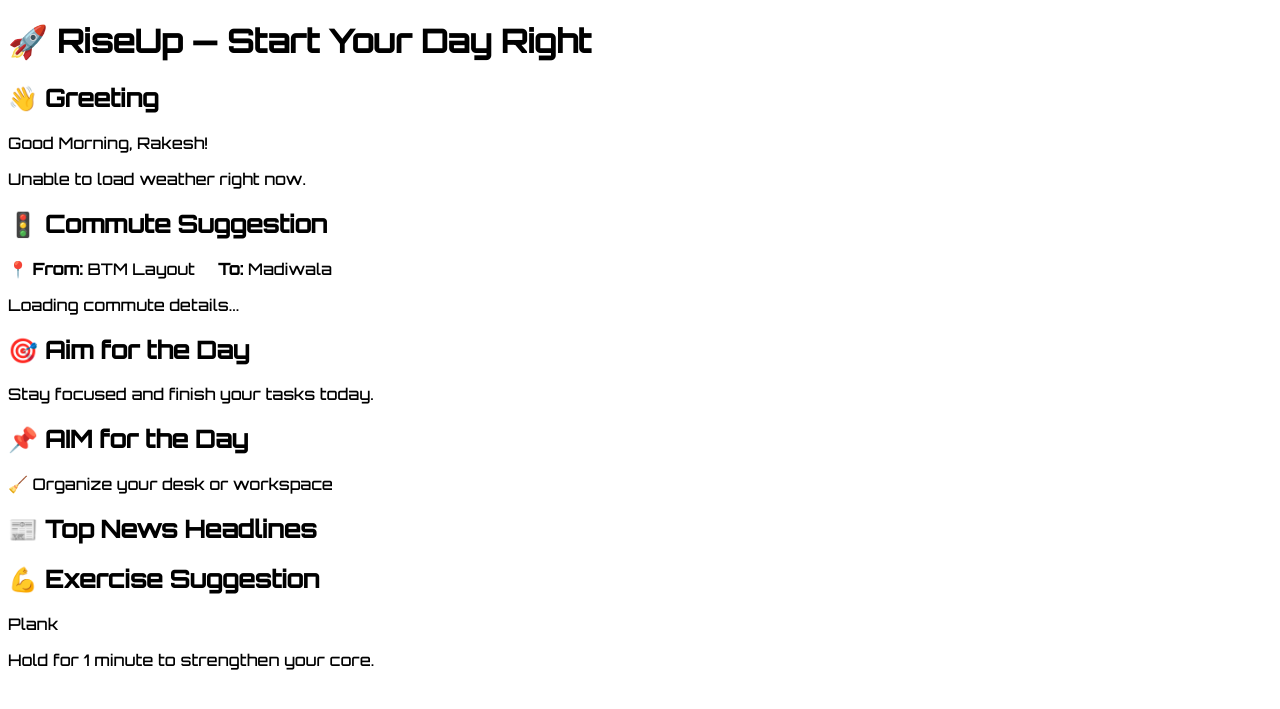
Repository: rakeshkumar1012/riseup
Page: /
These files come from the project's save history. The page is drawn as it stood at one moment and after the next save; the edit follows.
The browser window is 1280 px wide. The pictures show the whole page.
The page's requests for data from a server got no answer. The project was rebuilt for these pictures with package versions that can differ from the ones it lists, and the page was loaded fresh each time. No one was signed in, and anything a server would have sent is missing.

Above is the page before, as saved 2025-07-05 04:20:22.

### public/index.html
<!DOCTYPE html>
<html lang="en">
  <head>
    <meta charset="utf-8" />
    <link rel="icon" href="%PUBLIC_URL%/favicon.ico" />
    <meta name="viewport" content="width=device-width, initial-scale=1" />
    <meta name="theme-color" content="#000000" />
    <meta
      name="description"
      content="Web site created using create-react-app"
    />
    <link rel="apple-touch-icon" href="%PUBLIC_URL%/logo192.png" />
    <!--
      manifest.json provides metadata used when your web app is installed on a
      user's mobile device or desktop. See https://developers.google.com/web/fundamentals/web-app-manifest/
    -->
    <link rel="manifest" href="%PUBLIC_URL%/manifest.json" />
    <!--
      Notice the use of %PUBLIC_URL% in the tags above.
      It will be replaced with the URL of the `public` folder during the build.
      Only files inside the `public` folder can be referenced from the HTML.

      Unlike "/favicon.ico" or "favicon.ico", "%PUBLIC_URL%/favicon.ico" will
      work correctly both with client-side routing and a non-root public URL.
      Learn how to configure a non-root public URL by running `npm run build`.
    -->
      <link href="https://fonts.googleapis.com/css2?family=Orbitron:wght@500&display=swap" rel="stylesheet">

    <title>React App</title>
  </head>
  <body>
    <noscript>You need to enable JavaScript to run this app.</noscript>
    <div id="root"></div>
    <!--
      This HTML file is a template.
      If you open it directly in the browser, you will see an empty page.

      You can add webfonts, meta tags, or analytics to this file.
      The build step will place the bundled scripts into the <body> tag.

      To begin the development, run `npm start` or `yarn start`.
      To create a production bundle, use `npm run build` or `yarn build`.
    -->
  </body>
</html>

### src/index.css
/* src/index.css */
@tailwind base;
@tailwind components;
@tailwind utilities;

body {
  @apply bg-gradient-to-br from-[#0f0c29] via-[#302b63] to-[#24243e] text-white min-h-screen;
  font-family: 'Orbitron', sans-serif;
}


/*body {
  margin: 0;
  font-family: -apple-system, BlinkMacSystemFont, 'Segoe UI', 'Roboto', 'Oxygen',
    'Ubuntu', 'Cantarell', 'Fira Sans', 'Droid Sans', 'Helvetica Neue',
    sans-serif;
  -webkit-font-smoothing: antialiased;
  -moz-osx-font-smoothing: grayscale;
}*/

code {
  font-family: source-code-pro, Menlo, Monaco, Consolas, 'Courier New',
    monospace;
}

### src/App.js
import Weather from "./components/Weather";
import Quote from "./components/Quote";
import Task from "./components/Task";
import News from "./components/News";
import Exercise from "./components/Exercise";
import Commute from "./components/Commute";
function App() {
  return (
    <div className="min-h-screen flex flex-col justify-center items-center bg-gradient-to-br from-blue-950 via-gray-900 to-black text-white px-4 py-10">
      <h1 className="text-4xl font-bold mb-10 text-center text-cyan-300 animate-pulse">
        🚀 RiseUp — Start Your Day Right
      </h1>

      <div className="w-full max-w-4xl space-y-6">
        {/* Greeting */}
        <Section title="👋 Greeting" gradient="from-purple-500 to-pink-500">
          <p className="text-white/90">Good Morning, Rakesh!</p>
        </Section>





          <Weather />
          <Commute />






        {/* Daily Task */}
        <Section title="🎯 Aim for the Day" gradient="from-green-400 to-lime-500">
          <p className="text-white/90">Stay focused and finish your tasks today.</p>
          <Task />
        </Section>

        {/* News */}


          <News/>

          <Exercise/>

        <Quote />


      </div>
    </div>
  );
}

// Reusable Box Component
function Section({ title, gradient, children }) {
  return (
    <div
      className={`rounded-xl shadow-lg p-6 bg-gradient-to-r ${gradient} transition duration-300 hover:scale-[1.02]`}
    >
      <h2 className="text-2xl font-semibold mb-2">{title}</h2>
      <div className="text-lg">{children}</div>
    </div>
  );
}

export default App;

### src/components/Weather.js
import { useState, useEffect } from "react";

function Weather() {
  const [weather, setWeather] = useState(null);
  const [loading, setLoading] = useState(true);

  const API_KEY = "5095941ff89867f82f0a96500b2787cc"; // 🔁 replace with your real API key
  const CITY = "Hyderabad"; // or use navigator.geolocation for dynamic city

  useEffect(() => {
    async function fetchWeather() {
      try {
        const response = await fetch(
          `https://api.openweathermap.org/data/2.5/weather?q=${CITY}&appid=${API_KEY}&units=metric`
        );
        const data = await response.json();
        setWeather(data);
        setLoading(false);
      } catch (error) {
        console.error("Weather fetch error:", error);
        setLoading(false);
      }
    }

    fetchWeather();
  }, []);

  if (loading) return <p>Loading weather data...</p>;
  if (!weather || weather.cod !== 200)
    return <p>Unable to load weather right now.</p>;

  return (
    <div className="rounded-xl p-6 bg-gradient-to-r from-blue-400 to-cyan-500 shadow-lg transition hover:scale-[1.02] text-white">
      <h2 className="text-2xl font-semibold mb-2">🌤️ Weather</h2>
      <p className="text-lg">
        {weather.name}: {weather.weather[0].description}
      </p>
      <p className="text-lg">
        Temperature: {weather.main.temp}°C | Feels Like:{" "}
        {weather.main.feels_like}°C
      </p>
    </div>
  );
}

export default Weather;

### src/components/Quote.js
import { useEffect, useState } from "react";

function Quote() {
  const [quote, setQuote] = useState(null);
  const [error, setError] = useState("");

  useEffect(() => {
    async function fetchQuote() {
      try {
        const res = await fetch("https://api.api-ninjas.com/v1/quotes", {
          headers: { "X-Api-Key": "ebOkzrx1CP1teycPeTI4zg==XJkpaOpksCw1qqrA" } // 🔑 replace
        });
        const data = await res.json();
        setQuote(data[0]);
      } catch (err) {
        console.error(err);
        setError("Could not load quote.");
      }
    }
    fetchQuote();
  }, []);

  if (!quote) return (
    <div className="bg-gradient-to-r from-indigo-500 to-purple-500 rounded-xl p-6 shadow-lg animate-pulse h-32 text-white">
      <div className="w-3/4 h-6 bg-white/30 mb-3 rounded"></div>
      <div className="w-1/2 h-4 bg-white/20 rounded"></div>
    </div>
  );

  return (
    <div className="rounded-xl p-6 bg-gradient-to-r from-indigo-500 to-purple-500 text-white shadow-lg transition hover:scale-[1.02]">
      <h2 className="text-2xl font-semibold mb-2">💡 Motivational Quote</h2>
      <p className="italic text-lg">"{quote.quote}"</p>
      <p className="text-sm mt-2">— {quote.author}</p>
    </div>
  );
}

export default Quote;

### src/components/Task.js
import { useEffect, useState } from "react";

function DailyTask() {
  const [task, setTask] = useState("");

  useEffect(() => {
    const aims = [
      "🎯 Learn something new today",
      "🧘 Practice 10 minutes of mindfulness",
      "📖 Read at least 5 pages of a book",
      "💪 Do a quick workout session",
      "🧹 Organize your desk or workspace",
      "📝 Write down your top 3 priorities",
      "🧠 Solve one coding challenge",
      "🙌 Reach out to a friend you haven’t talked to in a while",
      "🌱 Take a break in nature or go for a short walk"
    ];

    const randomAim = aims[Math.floor(Math.random() * aims.length)];
    setTask(randomAim);
  }, []);

  return (
    <div className="rounded-xl p-6 bg-gradient-to-r from-indigo-500 to-blue-600 text-white shadow-lg transition hover:scale-[1.02]">
      <h2 className="text-2xl font-semibold mb-2">📌 AIM for the Day</h2>
      {task ? (
        <p className="text-lg">{task}</p>
      ) : (
        <p>Loading your daily aim...</p>
      )}
    </div>
  );
}

export default DailyTask;

### src/components/News.js
import { useEffect, useState } from "react";

function News() {
  const [articles, setArticles] = useState([]);
  const [loading, setLoading] = useState(true);

  const API_KEY = "99a3cecda0cd43adf2d5487bd37cee1b"; // replace this
  const API_URL = `https://gnews.io/api/v4/top-headlines?lang=en&country=in&max=4&apikey=${API_KEY}`;

  useEffect(() => {
    async function fetchNews() {
      try {
        const response = await fetch(API_URL);
        const data = await response.json();
        setArticles(data.articles || []);
      } catch (err) {
        console.error("Failed to fetch news:", err);
      } finally {
        setLoading(false);
      }
    }

    fetchNews();
  }, []);

  if (loading) {
    return (
      <div className="bg-gradient-to-r from-amber-400 to-yellow-500 rounded-xl p-6 shadow-lg animate-pulse h-44 text-white">
        <div className="w-1/2 h-6 bg-white/30 mb-3 rounded"></div>
        <div className="w-3/4 h-4 bg-white/20 mb-1 rounded"></div>
        <div className="w-2/3 h-4 bg-white/20 rounded"></div>
      </div>
    );
  }

  return (
    <div className="rounded-xl p-6 bg-gradient-to-r from-amber-400 to-yellow-500 text-white shadow-lg transition hover:scale-[1.02]">
      <h2 className="text-2xl font-semibold mb-4">📰 Top News Headlines</h2>
      <ul className="space-y-3">
        {articles.map((article, idx) => (
          <li key={idx}>
            <a
              href={article.url}
              target="_blank"
              rel="noopener noreferrer"
              className="block text-lg hover:underline"
            >
              {idx + 1}. {article.title}
            </a>
          </li>
        ))}
      </ul>
    </div>
  );
}

export default News;

### src/components/Exercise.js
import { useEffect, useState } from "react";

function Exercise() {
  const [exercise, setExercise] = useState(null);

  const dummyExercises = [
    {
      name: "Push-ups",
      description: "Do 3 sets of 15 reps to strengthen your upper body.",
    },
    {
      name: "Jumping Jacks",
      description: "Do 3 sets of 30 seconds to boost your cardio.",
    },
    {
      name: "Plank",
      description: "Hold for 1 minute to strengthen your core.",
    },
    {
      name: "Squats",
      description: "Do 3 sets of 20 reps to tone your legs.",
    },
    {
      name: "Yoga – Sun Salutation",
      description: "Complete 5 rounds for full-body flexibility.",
    },
  ];

  useEffect(() => {
    // Simulate API delay
    const timeout = setTimeout(() => {
      const randomIndex = Math.floor(Math.random() * dummyExercises.length);
      setExercise(dummyExercises[randomIndex]);
    }, 1000);

    return () => clearTimeout(timeout);
  }, []);

  return (
    <div className="rounded-xl p-6 bg-gradient-to-r from-teal-400 to-blue-500 text-white shadow-lg transition hover:scale-[1.02]">
      <h2 className="text-2xl font-semibold mb-2">💪 Exercise Suggestion</h2>
      {exercise ? (
        <>
          <p className="text-xl font-bold">{exercise.name}</p>
          <p>{exercise.description}</p>
        </>
      ) : (
        <p>Loading your workout...</p>
      )}
    </div>
  );
}

export default Exercise;

### src/components/Commute.js
import { useEffect, useState } from "react";

function Commute() {
  const [duration, setDuration] = useState(null);
  const [leaveTime, setLeaveTime] = useState("");
  const [mode, setMode] = useState("");

  useEffect(() => {
    const fetchCommuteTime = async () => {
      const apiKey = "eyJvcmciOiI1YjNjZTM1OTc4NTExMTAwMDFjZjYyNDgiLCJpZCI6IjVlOGE3M2RkYTYzNjQ1YThiMTQ5ZWNmNzJlMzk3OGUyIiwiaCI6Im11cm11cjY0In0=";
      const url = "https://api.openrouteservice.org/v2/directions/driving-car";
      const body = {
        coordinates: [
          [77.6101, 12.9166], // BTM Layout (lng, lat)
          [77.6170, 12.9250], // Madiwala
        ],
      };

      try {
        const response = await fetch(url, {
          method: "POST",
          headers: {
            "Authorization": apiKey,
            "Content-Type": "application/json",
          },
          body: JSON.stringify(body),
        });

        const data = await response.json();
        const seconds = data.routes[0].summary.duration;
        const mins = Math.round(seconds / 60);
        setDuration(mins);

        const arrival = new Date();
        arrival.setHours(9, 0, 0, 0); // 9:00 AM
        const leave = new Date(arrival.getTime() - mins * 60000);
        const leaveFormatted = leave.toLocaleTimeString([], { hour: "2-digit", minute: "2-digit" });
        setLeaveTime(leaveFormatted);

        if (mins <= 10) setMode("🛵 Take a Bike Taxi");
        else if (mins <= 20) setMode("🚗 Take a Cab or Auto");
        else setMode("🚌 Take a Public Bus (Traffic Alert)");
      } catch (err) {
        console.error("Commute API error:", err);
      }
    };

    fetchCommuteTime();
  }, []);

  return (
    <div className="rounded-xl p-6 bg-gradient-to-r from-pink-500 to-red-500 text-white shadow-lg transition hover:scale-[1.02]">
      <h2 className="text-2xl font-semibold mb-2">🚦 Commute Suggestion</h2>
      <p className="text-lg mb-2">📍 <strong>From:</strong> BTM Layout &nbsp;&nbsp;&nbsp; <strong>To:</strong> Madiwala</p>

      {duration ? (
        <>
          <p className="text-lg">🕒 Estimated Travel Time: <strong>{duration} mins</strong></p>
          <p className="text-lg">🎯 To reach by <strong>9:00 AM</strong>, leave by <strong>{leaveTime}</strong></p>
          <p className="text-lg mt-2">{mode}</p>
        </>
      ) : (
        <p>Loading commute details...</p>
      )}
    </div>
  );
}

export default Commute;

Loaded but not shown: src/index.js (common file); src/reportWebVitals.js (common file)

After the next save:
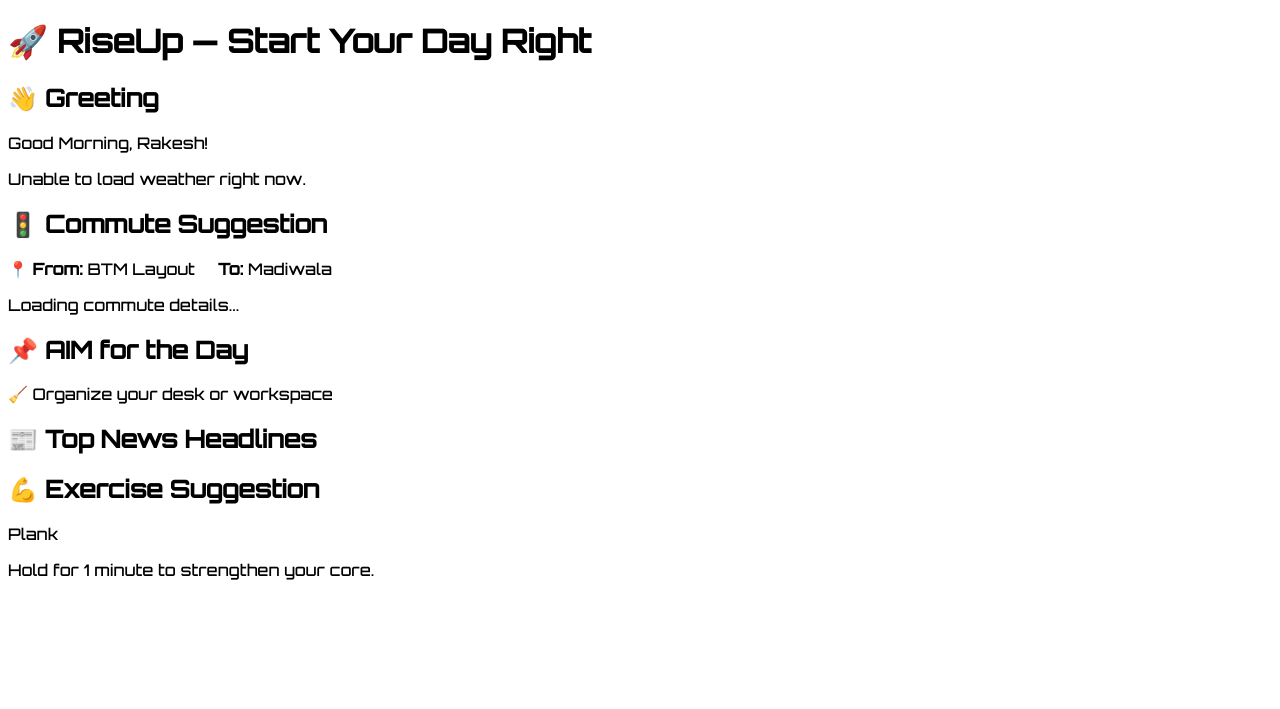
Saved 53 s later.
--- a/src/App.js
+++ b/src/App.js
@@ -29,11 +29,9 @@ function App() {
 
 
 
-        {/* Daily Task */}
-        <Section title="🎯 Aim for the Day" gradient="from-green-400 to-lime-500">
-          <p className="text-white/90">Stay focused and finish your tasks today.</p>
+
           <Task />
-        </Section>
+
 
         {/* News */}
 
